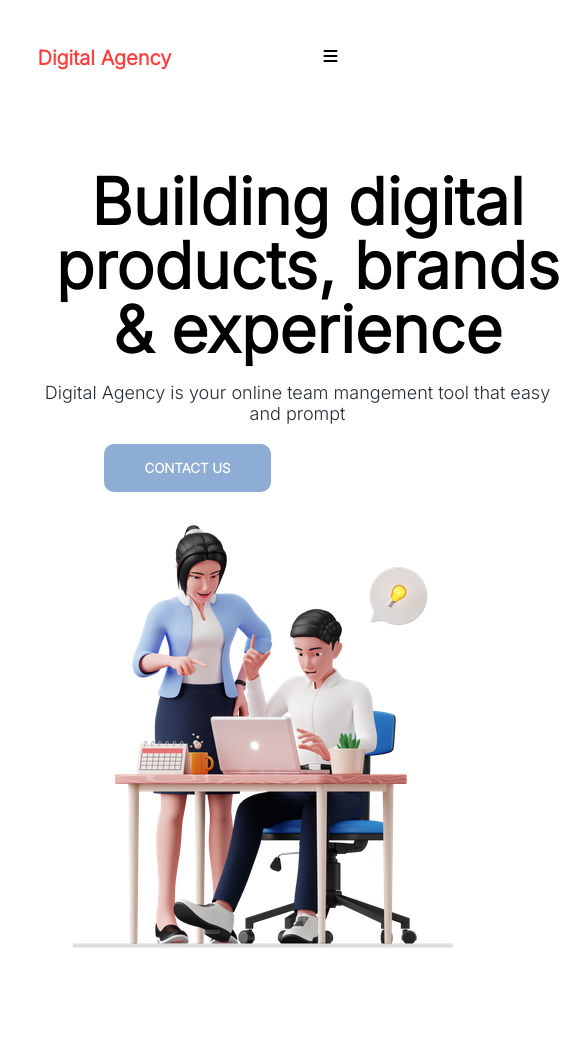
Repository: ThuatDev/fullstack_devc
Page: index.html
The author's editor kept a copy of each file at every save. The page is drawn from the files as they stood at one save, then again after the next save.
The browser window is 375 px wide. The page is 578 px wide, so the pictures cover 578 px, including what lies to the right of the window. The pictures show the whole page.

Above is the page before, as saved 2022-11-09 17:50:27.

After the next save:
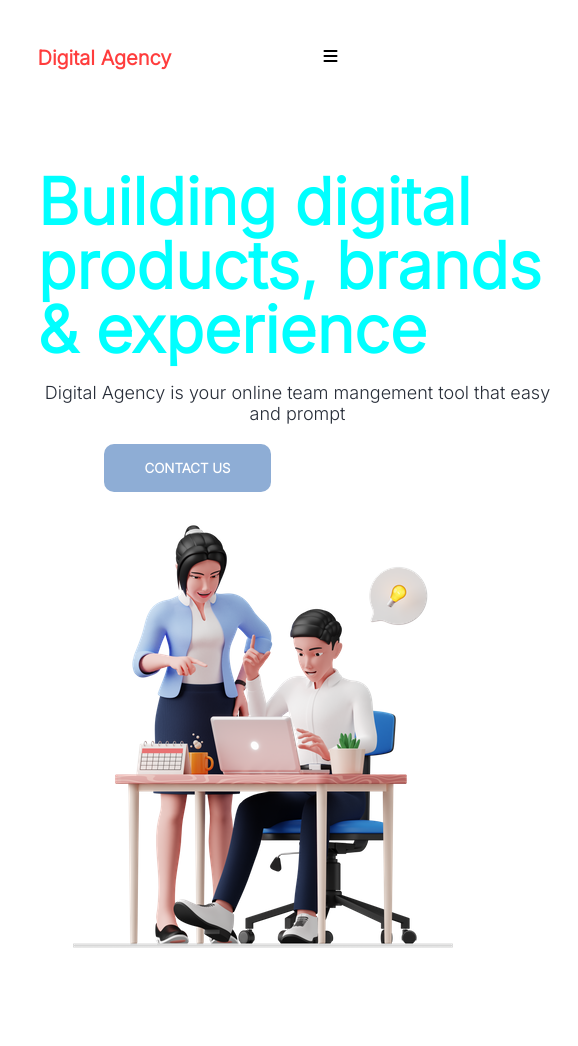
Saved 35 s later.
--- a/reposive.css
+++ b/reposive.css
@@ -27,9 +27,10 @@
     align-items: center; */
   }
   .h-section > .h-section__left h2 {
-    text-align: center;
+    /* text-align: center;
     font-size: 40px;
-    width: 100%;
+    width: 100%; */
+    color: aqua;
   }
   .h-section .h-section__left p {
     margin-top: 20px;
